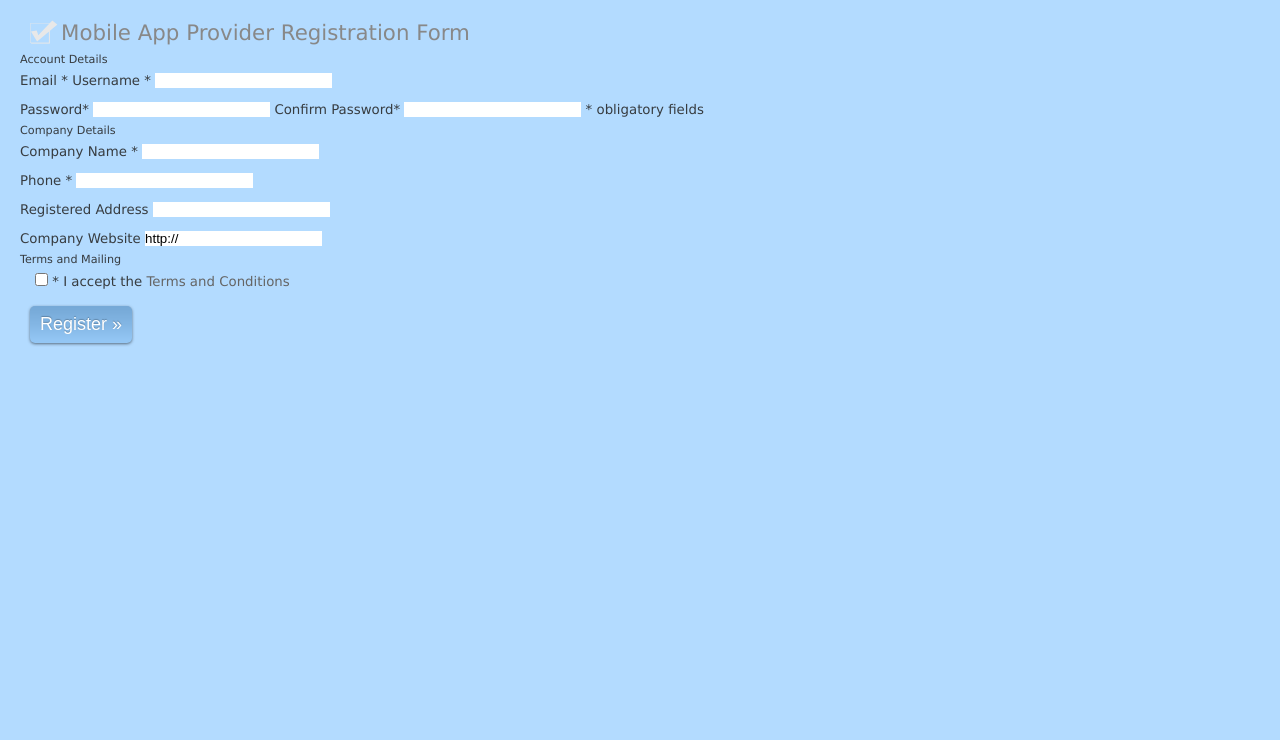
Repository: Bindu1006/CrowdTester
Page: http://localhost/CrowdTesterProject/jsp/AppProviderRegistrationPage.jsp
An editor plug-in stored every save of this project. The page is shown before and after the next save, followed by the edit.
The browser window is 1280 px wide. The pictures show the whole page.
The page is served by Tomcat 9.

Above is the page before, as saved 2015-11-25 00:37:45.

After the next save:
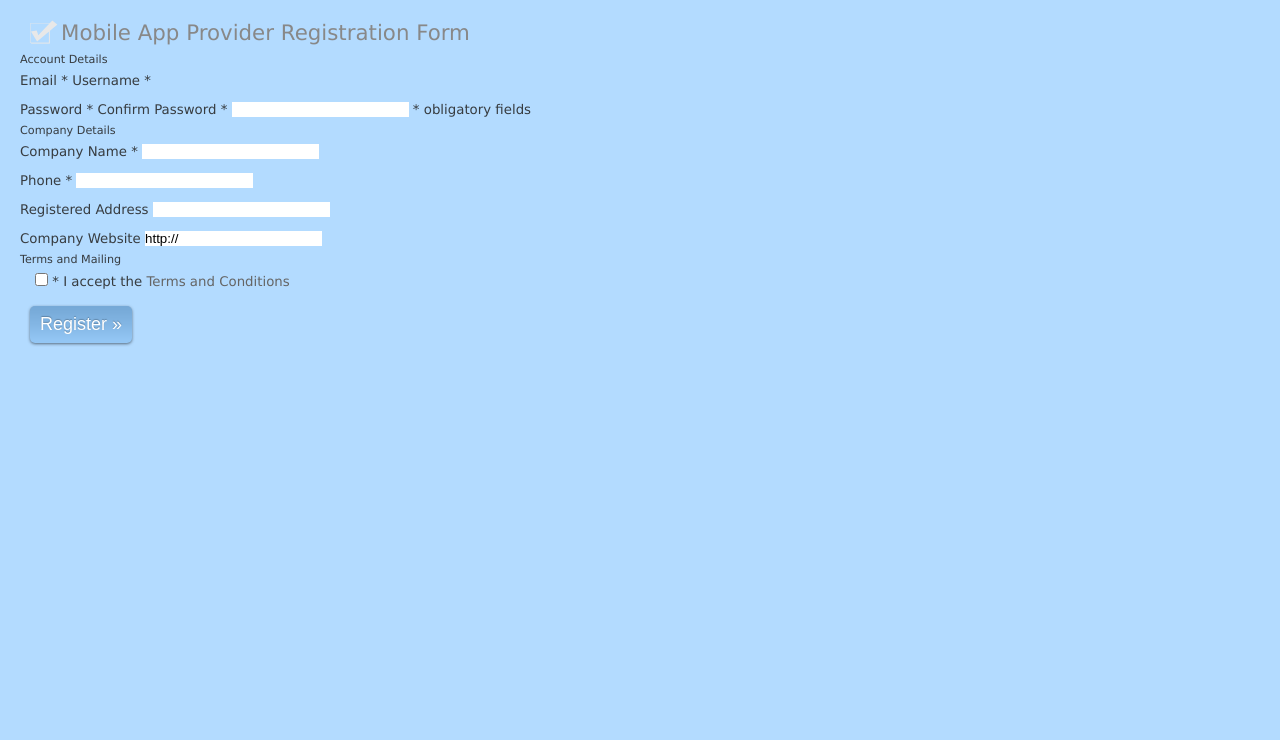
Saved 32 s later.
--- a/CrowdTesterProject/WebContent/jsp/AppProviderRegistrationPage.jsp
+++ b/CrowdTesterProject/WebContent/jsp/AppProviderRegistrationPage.jsp
@@ -17,13 +17,13 @@
                     <form:input path="email" placeholder="EMAIL"/>
                     <label>Username *
                     </label>
-                    <input type="text"/>
+                    <form:input path="userName" placeholder="Username"/>
                 </p>
                 <p>
-                    <label>Password*
+                    <label>Password *
                     </label>
-                    <input type="text"/>
-                    <label>Confirm Password*
+                    <form:input path="password" placeholder="Password"/>
+                    <label>Confirm Password *
                     </label>
                     <input type="text"/>
                     <label class="obinfo">* obligatory fields
